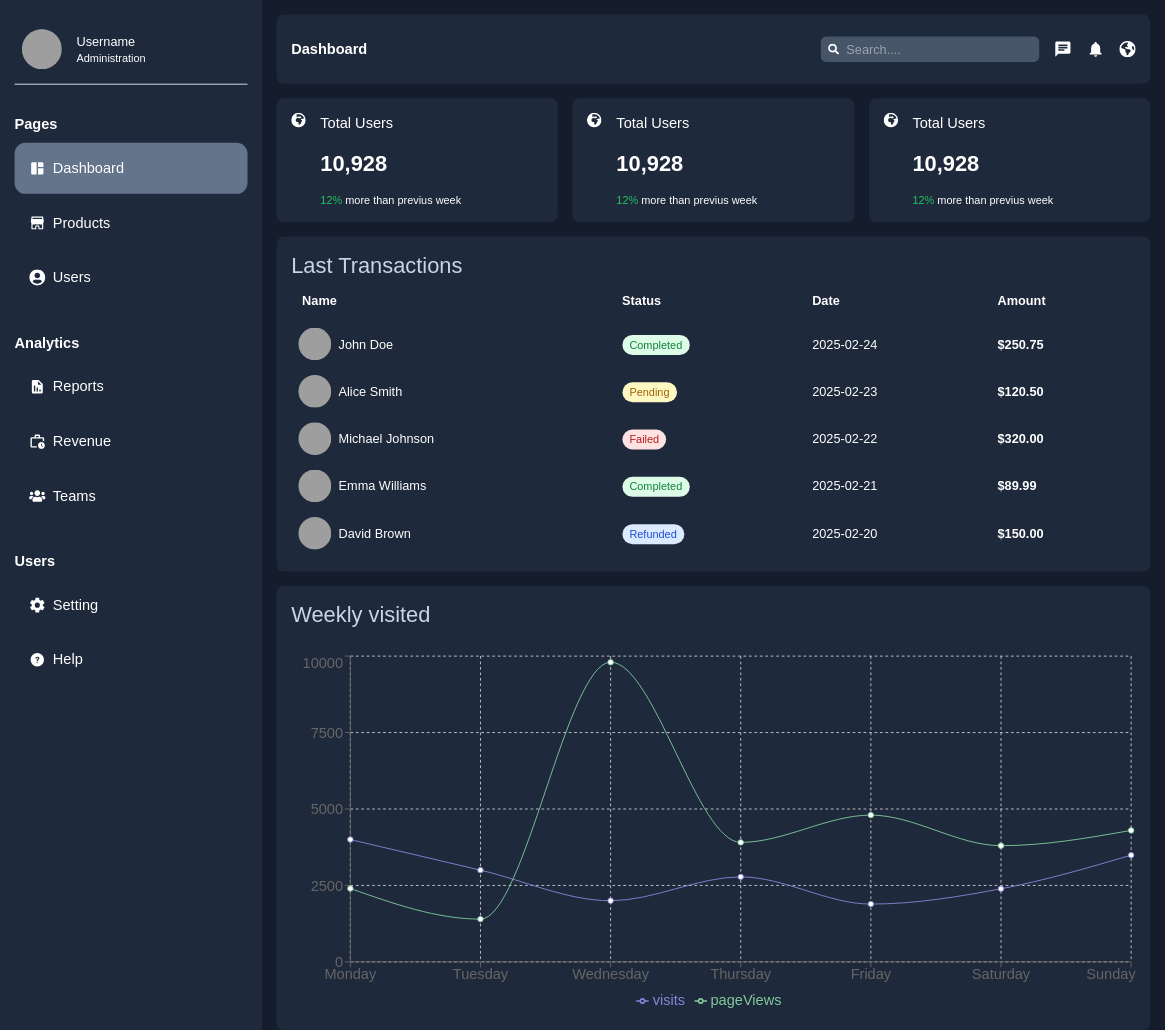
Repository: Than-sothearak/next-computer-admin
Page: /dashboard
The author's editor kept a copy of each file at every save. The page is drawn from the files as they stood at one save, then again after the next save.
The browser window is 1280 px wide. The pictures show the whole page, at 91% of full size.
Pictures or frames that could not be fetched are drawn as grey boxes. The project was rebuilt for these pictures with package versions that can differ from the ones it lists, and the page was loaded fresh each time. The framework's server and built-in components were replaced by stand-ins that run in the browser. Also part of the build but not shown: next.config.mjs.

Above is the page before, as saved 2025-02-24 23:50:50.

After the next save:
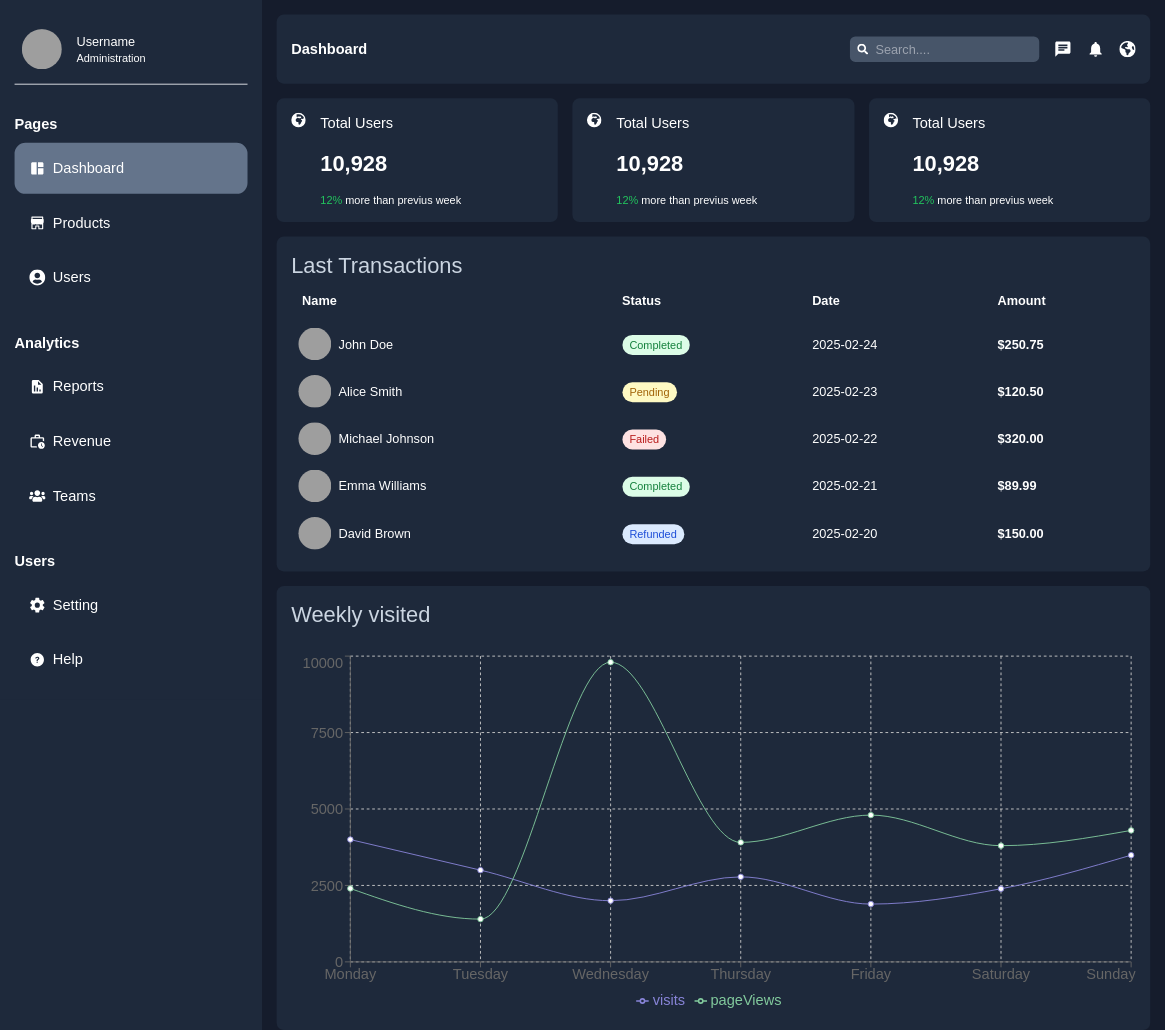
Saved 6 s later.
--- a/components/dashboard/navbar/navbar.js
+++ b/components/dashboard/navbar/navbar.js
@@ -11,7 +11,7 @@ export const Navbar = () => {
         <h2 className="capitalize font-bold">{pathName.split("/").pop()}</h2>
       </div>
       <div className="flex gap-4 items-center">
-        <div className="bg-slate-600 rounded-md w-60 flex relative items-center justify-start pl-2 gap-2 py-2">
+        <div className="bg-slate-600 rounded-md w-52 flex relative items-center justify-start pl-2 gap-2 py-2">
           <FaSearch size={12}/>
           <input
             type="text"
